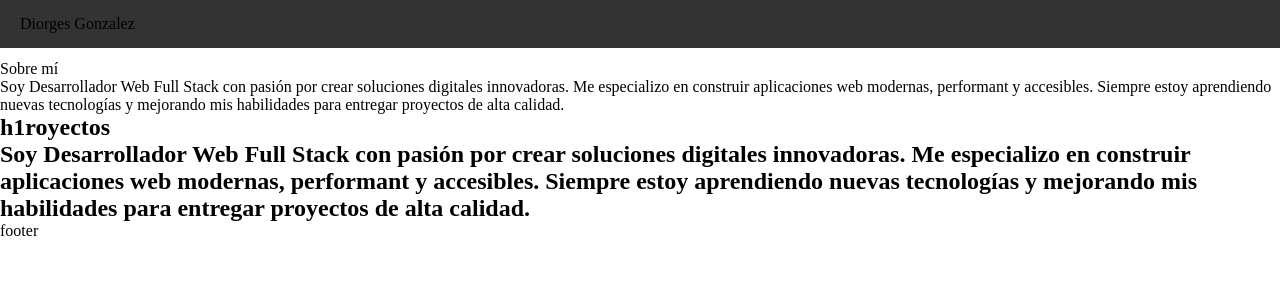
Repository: DenLion09/DenLion09.dots
Page: javascipt_withow_filter/basic/ejercisios/portfolio2/index.html
An editor plug-in stored every save of this project. The page is shown before and after the next save, followed by the edit.
The browser window is 1280 px wide. The pictures show the whole page.

Above is the page before, as saved 2026-05-17 23:31:48.

After the next save:
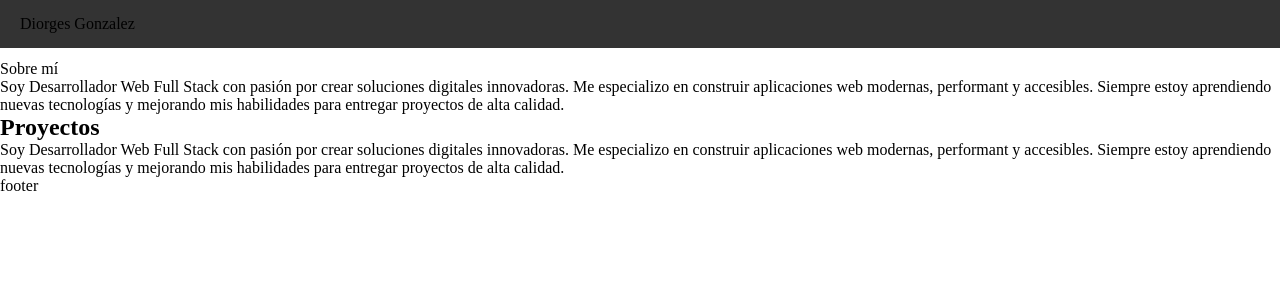
Saved 14 s later.
--- a/javascipt_withow_filter/basic/ejercisios/portfolio2/index.html
+++ b/javascipt_withow_filter/basic/ejercisios/portfolio2/index.html
@@ -27,7 +27,7 @@
       </p>
     </section>
     <section id="proyectos">
-      <h1>h1royectos</p>
+      <h1>Proyectos</h1>
       <p>
         Soy Desarrollador Web Full Stack con pasión por crear soluciones
         digitales innovadoras. Me especializo en construir aplicaciones web
